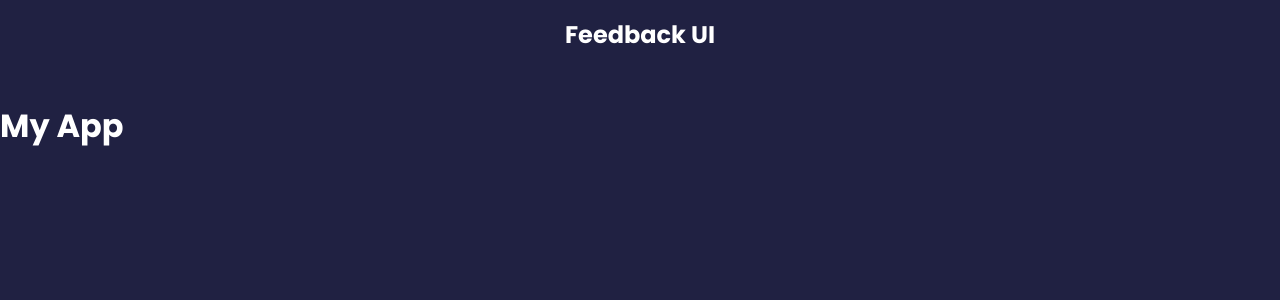
Repository: haokiet2501/feedback-app
Page: /
These files come from the project's save history. The page is drawn as it stood at one moment and after the next save; the edit follows.
The browser window is 1280 px wide. The pictures show the whole page.
The project was rebuilt for these pictures with package versions that can differ from the ones it lists, and the page was loaded fresh each time.

Above is the page before, as saved 2022-02-23 09:07:52.

After the next save:
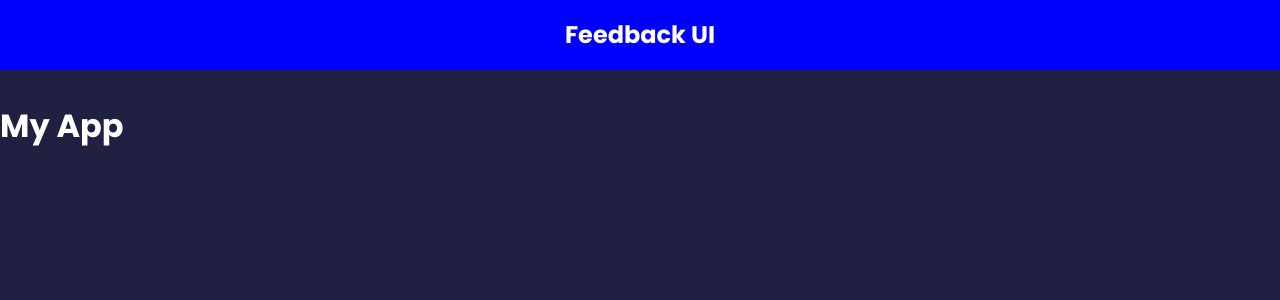
Saved 12 s later.
--- a/src/components/Header.jsx
+++ b/src/components/Header.jsx
@@ -17,6 +17,7 @@ const Header = ({ text, bgColor, textColor }) => {
 
 Header.defaultProps = {
     text: 'Feedback UI',
+    bgColor: 'blue'
 }
 
 Header.proTypes = {
